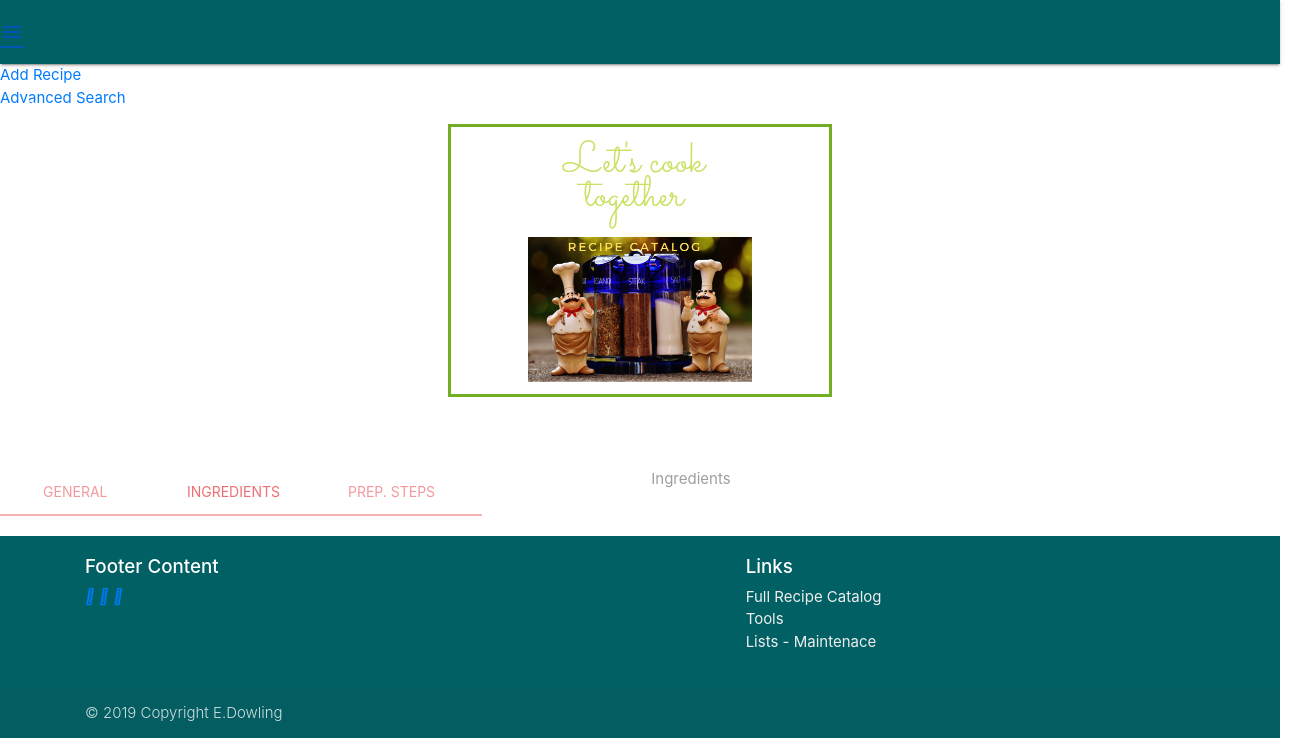
Repository: eldowling/lets-cook-together
Page: templates/recipe.html
The author's editor kept a record of every edit. The page is drawn from the files as they stood at one moment, then again after the next edit.
The browser window is 1280 px wide. The page is 1295 px wide, so the pictures cover 1295 px, including what lies to the right of the window. The pictures show the whole page.
Some web libraries are served in a nearby version. The page is served by the project's application, run on Flask 3 (app.py). The template is opened directly, without the code that normally fills it, so the values that code supplies are empty.

Above is the page before.
Console error: TypeError: $(...).collapsible is not a function

### templates/recipe.html
{% extends 'base.html'%} {% block content %}
<div class="row justify-content-center">
  <h2>{{ recipe.title }}</h2>
</div>
<div class="row">
    <div class="col s6 offset-s1">
        {{recipe.description}}
    </div>
</div>

<div class="row  grey-text">
    <div class="col s12">
      <ul class="tabs">
        <li class="tab col s3"><a href="#general">General</a></li>
        <li class="tab col s3"><a class="active" href="#ingredients">Ingredients</a></li>
        <li class="tab col s3 disabled"><a href="#prep">Prep. Steps</a></li>
      </ul>
    </div>
    <div id="general" class="col s12">General</div>
    <div id="ingredients" class="col s12">Ingredients</div>
    <div id="prep" class="col s12">Preparation Steps</div>
  </div>


{% endblock %}

### templates/base.html
<!DOCTYPE html>
<html>

<head>
    <link href="https://fonts.googleapis.com/icon?family=Material+Icons" rel="stylesheet">
    <link rel="stylesheet" href="https://cdnjs.cloudflare.com/ajax/libs/materialize/0.100.2/css/materialize.min.css">
    <link rel="stylesheet" href="https://maxcdn.bootstrapcdn.com/bootstrap/4.0.0/css/bootstrap.min.css" integrity="sha384-Gn5384xqQ1aoWXA+058RXPxPg6fy4IWvTNh0E263XmFcJlSAwiGgFAW/dAiS6JXm" crossorigin="anonymous">
    <link rel="stylesheet" href="https://cdnjs.cloudflare.com/ajax/libs/font-awesome/4.7.0/css/font-awesome.min.css">
    <link rel="stylesheet" href="{{ url_for('static', filename='css/style.css') }}" type="text/css" />
</head>

<body>
    <header>
        <!-- Dropdown Structure -->
        <ul id="dropdown1" class="dropdown-content">
            <li><a href="#!">one</a></li>
            <li><a href="#!">two</a></li>
            <li class="divider"></li>
            <li><a href="#!">three</a></li>
        </ul>

        <nav>
            <div class="nav-wrapper cyan darken-4">

                <form>
                    <a href="#" data-target="mobile-demo" class="sidenav-trigger"><i class="material-icons">menu</i></a>
                    <div class="input-field inline ">
                        <input id="search" type="search" required>
                        <label class="label-icon" for="search"><i class="material-icons">search</i></label>
                        <i class="material-icons">close</i>
                    </div>
                    <ul id="nav-mobile" class="right hide-on-med-and-down">
                        <li><a href="addedit-recipe.html">Add Recipe</a></li>
                        <li><a class="dropdown-trigger" href="#!" data-target="dropdown1">Advanced Search<i class="material-icons right">arrow_drop_down</i></a></li>
                    </ul>

                </form>

            </div>
        </nav>

        <ul class="sidenav" id="mobile-demo">
            <li><a href="addedit-recipe.html">Add Recipe</a></li>
            <li><a href="badges.html">Advanced Search</a></li>
        </ul>


    </header>

    <div class="center">
            <img class="main-img" src="static/images/lets-cook-logo.png"></img>
    </div>
    <div> <BR> </div>

        {% block content %} {% endblock %}


    <footer class="page-footer cyan darken-4">
        <div class="container">
            <div class="row">
                <div class="col l6 s12">
                    <h5 class="white-text">Footer Content</h5>

                    <span class="grey-text text-lighten-4 ">
                        <a href="facebook.html"><i class="fab fa-facebook-square"></i></a>
                        <a href="twitter.html"><i class="fab fa-twitter-square"></i></a>
                        <a href="instagram.html"><i class="fab fa-instagram"></i></a>
                    </span>
                </div>
                <div class="col l4 offset-l2 s12">
                    <h5 class="white-text">Links</h5>
                    <ul>
                        <li><a class="grey-text text-lighten-3" href="{{url_for('get_catalog')}}">Full Recipe Catalog</a></li>
                        <li><a class="grey-text text-lighten-3" href="tools.html">Tools</a></li>
                        <li><a class="grey-text text-lighten-3" href="maintenance.html">Lists - Maintenace</a></li>
                    </ul>
                </div>
            </div>
        </div>
        <div class="footer-copyright">
            <div class="container">
                © 2019 Copyright E.Dowling
            </div>
        </div>
    </footer>

    <script src="https://cdnjs.cloudflare.com/ajax/libs/jquery/3.2.1/jquery.min.js"></script>
    <script src="https://cdnjs.cloudflare.com/ajax/libs/materialize/0.100.2/js/materialize.min.js"></script>
    <script src="https://code.jquery.com/jquery-3.2.1.slim.min.js" integrity="sha384-KJ3o2DKtIkvYIK3UENzmM7KCkRr/rE9/Qpg6aAZGJwFDMVNA/GpGFF93hXpG5KkN" crossorigin="anonymous"></script>
    <script src="https://cdnjs.cloudflare.com/ajax/libs/popper.js/1.12.9/umd/popper.min.js" integrity="sha384-ApNbgh9B+Y1QKtv3Rn7W3mgPxhU9K/ScQsAP7hUibX39j7fakFPskvXusvfa0b4Q" crossorigin="anonymous"></script>
    <script src="https://maxcdn.bootstrapcdn.com/bootstrap/4.0.0/js/bootstrap.min.js" integrity="sha384-JZR6Spejh4U02d8jOt6vLEHfe/JQGiRRSQQxSfFWpi1MquVdAyjUar5+76PVCmYl" crossorigin="anonymous"></script>
    <script type="text/javascript">
        $(document).ready(function() {
            $('.collapsible').collapsible();
            $('select').material_select();
            $(".button-collapse").sideNav();
            $(".dropdown-trigger").dropdown();
            $('.sidenav').sidenav();
            $('.dropdown-toggle').dropdown();
        });



    </script>
</body>
</html>

### app.py
import os
from flask import Flask, render_template, redirect, request, url_for
from flask_pymongo import PyMongo
from bson.objectid import ObjectId

app = Flask(__name__)
app.config["MONGO_DBNAME"] = 'recipie_catalog'
app.config["MONGO_URI"] = 'mongodb+srv://root:r00tUser@myfirstcluster-pwjgy.mongodb.net/recipie_catalog?retryWrites=true&w=majority'
#app.config["MONGO_URI"] = os.getenv('MONGO_URI', 'mongodb://localhost')

mongo = PyMongo(app)


@app.route('/')
#@app.route('/get_catalog/<course>')
#def get_catalog(course):
@app.route('/get_catalog')
def get_catalog():
    #if course == '':*/
        return render_template("catalog.html", recipes=mongo.db.recipes.find())
    #if course != '':
    #    return render_template("catalog.html", recipes=mongo.db.recipes.find({ "recipes.course": course }))

#@app.route('/get_catalog/<course_id>')
#def show_recipe(recipe_id):
#    course =  mongo.db.recipes.find_one({"course": ObjectId(course)})
#    all_courses =  mongo.db.categories.find()
#    return render_template('catalog.html', task=the_recipe,
#                           categories=all_categories)

@app.route('/show_recipe/<recipe_id>')
def show_recipe(recipe_id):
    the_recipe =  mongo.db.recipes.find_one({"_id": ObjectId(recipe_id)})
#    all_categories =  mongo.db.categories.find()
    return render_template('recipe.html', recipe=the_recipe)

if __name__ == '__main__':
    app.run(host=os.environ.get('IP'),
            port=int(os.environ.get('PORT')),
            debug=True)


@app.route('/filter_catalog/<course>')
def filter_catalog(course):
    return render_template("catalog.html", recipes=mongo.db.recipes.find({ "recipes.course": course }))

### static/css/style.css
.main-img {
  display: inline-block;
  vertical-align: middle;
  max-height: auto;
  max-width: 230px;
}

.center {
  margin: auto;
  min-width: 250px;
  width: 30%;
  border: 3px solid #73AD21;
  padding: 10px;
}

After the next edit:
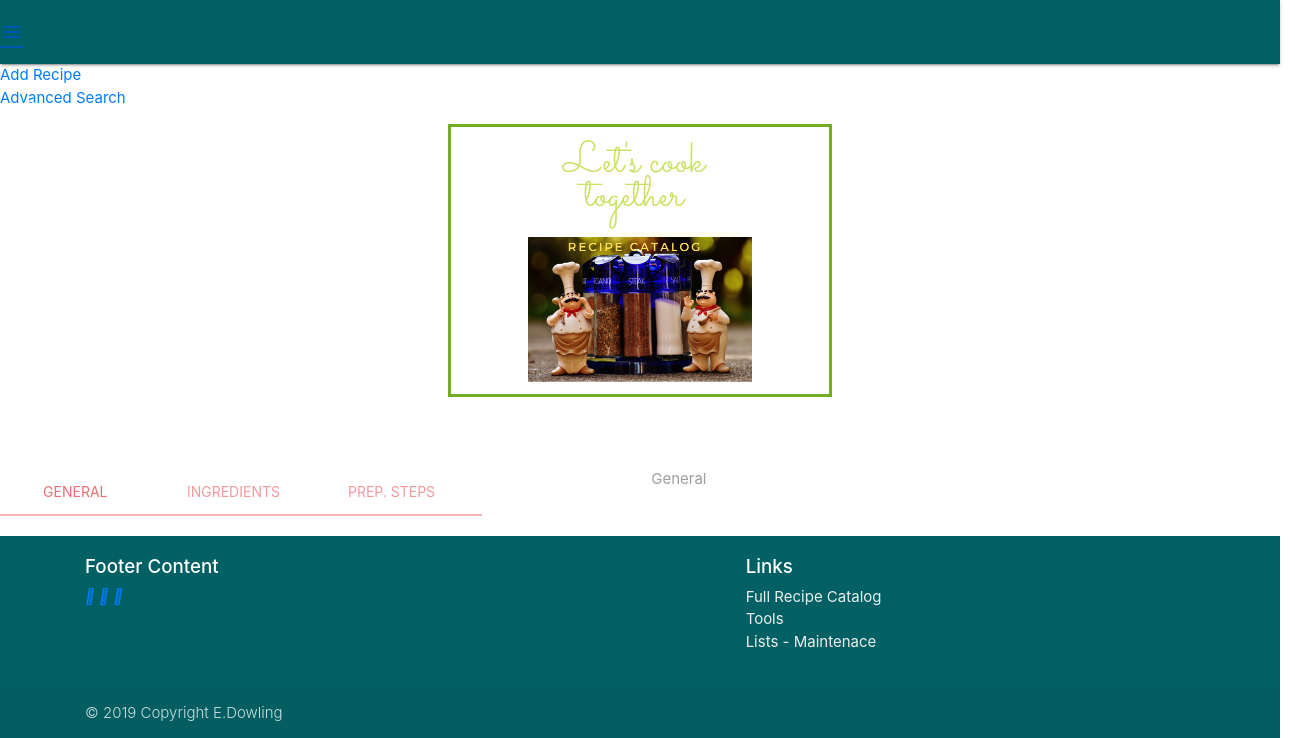
The edit:
--- a/templates/recipe.html
+++ b/templates/recipe.html
@@ -11,9 +11,9 @@
 <div class="row  grey-text">
     <div class="col s12">
       <ul class="tabs">
-        <li class="tab col s3"><a href="#general">General</a></li>
-        <li class="tab col s3"><a class="active" href="#ingredients">Ingredients</a></li>
-        <li class="tab col s3 disabled"><a href="#prep">Prep. Steps</a></li>
+        <li class="tab col s3"><a class="active" href="#general">General</a></li>
+        <li class="tab col s3"><a href="#ingredients">Ingredients</a></li>
+        <li class="tab col s3 "><a href="#prep">Prep. Steps</a></li>
       </ul>
     </div>
     <div id="general" class="col s12">General</div>
